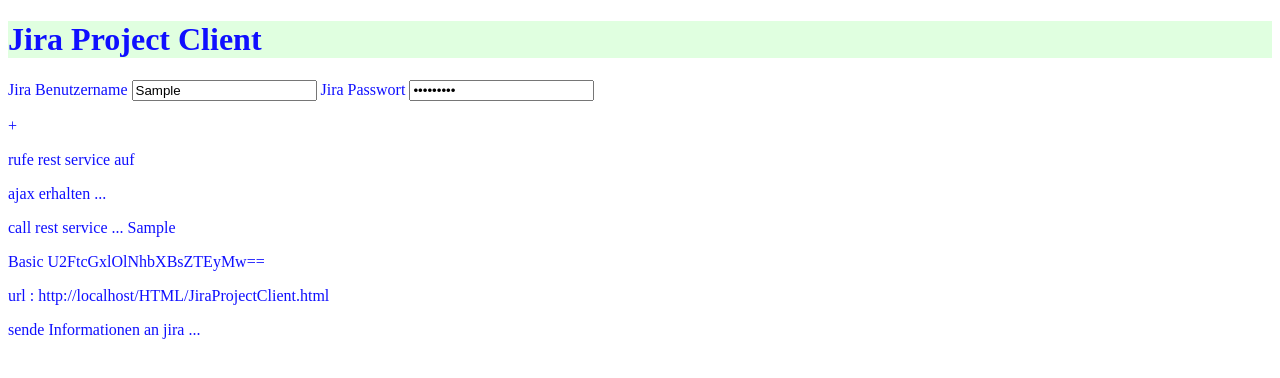
Repository: mkittl-itvision/JIRAProjectsClient
Page: HTML/JiraProjectClient.html
The author's editor kept a record of every edit. The page is drawn from the files as they stood at one moment, then again after the next edit.
The browser window is 1280 px wide. The pictures show the whole page.
Empty fields were first filled with sample values (such as "Sample", 5 or name@example.com).
After loading, the first visible `#projectMainToOpen` was clicked once.
The page's requests for data from a server got no answer.

Above is the page before.
Console error (its wording comes from the project's code and is left out).

After the next edit:
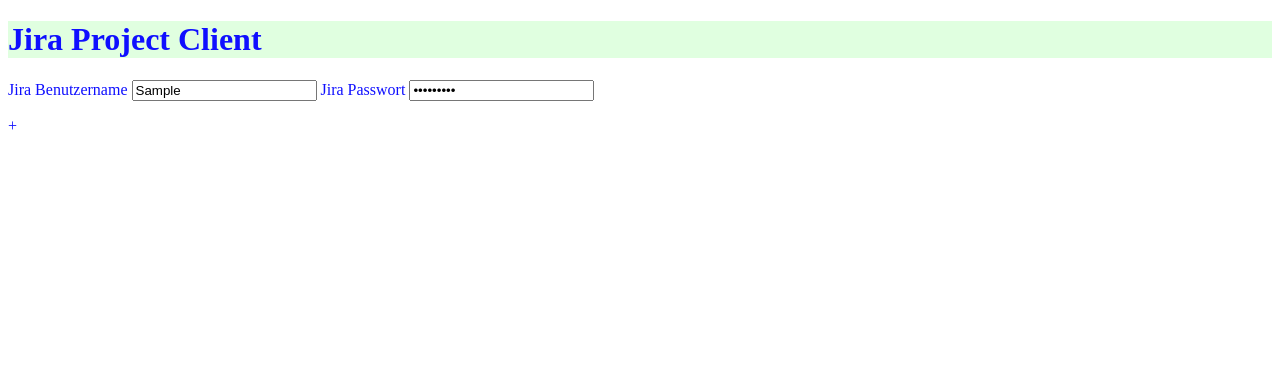
Console error: SyntaxError: Unexpected token ','
The edit:
--- a/js/main.js
+++ b/js/main.js
@@ -37,7 +37,7 @@
 
         var jiraUrl = encodeURIComponent()
         document.all.projectOutput.innerHTML += "<p>url : " + location.href + "</p>";
-        ajax.open("GET", "https://itvision.atlassian.net/rest/api/latest/project", false);
+        ajax.open("GET", , false);
         ajax.setRequestHeader("Authorization", "Basic " + btoa(usrn + ":" + pwrd));
         ajax.setRequestHeader("Content-Type", "application/json");
 /*        document.all.projectOutput.innerHTML += "<p>service called ... waiting for response</p>";

After the 2 edits that followed:
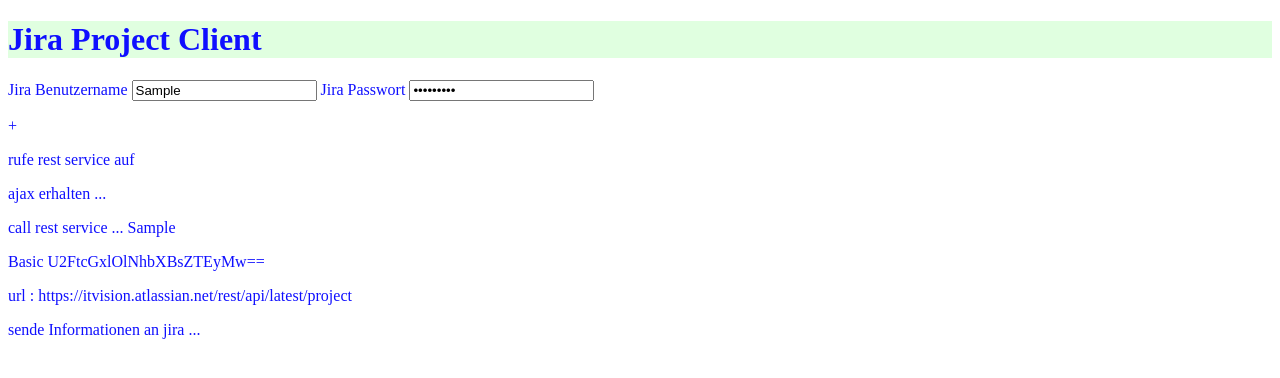
Console error (its wording comes from the project's code and is left out).
The 2 edits are shown as one change because 1 left the picture as it was.
The edit:
--- a/js/main.js
+++ b/js/main.js
@@ -35,9 +35,9 @@
         document.all.projectOutput.innerHTML += "<p>call rest service ... " + usrn + "</p>";
         document.all.projectOutput.innerHTML += "<p> Basic " + btoa(usrn + ":" + pwrd) + "</p>";
 
-        var jiraUrl = encodeURIComponent()
-        document.all.projectOutput.innerHTML += "<p>url : " + location.href + "</p>";
-        ajax.open("GET", , false);
+        var jiraUrl = encodeURI("https://itvision.atlassian.net/rest/api/latest/project");
+        document.all.projectOutput.innerHTML += "<p>url : " + jiraUrl + "</p>";
+        ajax.open("GET", jiraUrl, false);
         ajax.setRequestHeader("Authorization", "Basic " + btoa(usrn + ":" + pwrd));
         ajax.setRequestHeader("Content-Type", "application/json");
 /*        document.all.projectOutput.innerHTML += "<p>service called ... waiting for response</p>";
